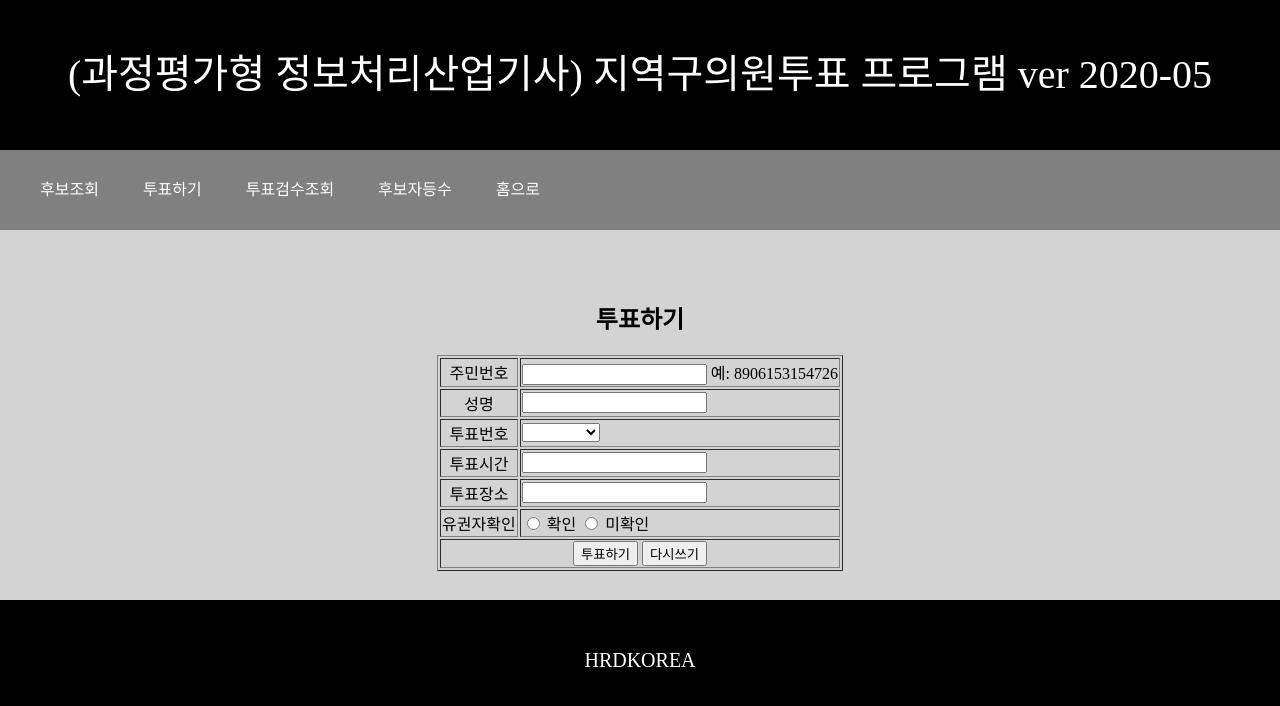
Repository: junhee97/-
Page: http://localhost/HRD_03/vote.jsp
An editor plug-in stored every save of this project. The page is shown before and after the next save, followed by the edit.
The browser window is 1280 px wide. The pictures show the whole page.
Empty fields were first filled with sample values (such as "Sample", 5 or name@example.com).
After loading, the first visible `input[onclick="res()"]` was clicked once.
The page is served by Tomcat 9.

Above is the page before, as saved 2025-08-14 13:03:05.

### HRD_03/WebContent/vote.jsp
<%@ page language="java" contentType="text/html; charset=UTF-8"
    pageEncoding="UTF-8"%>
<!DOCTYPE html PUBLIC "-//W3C//DTD HTML 4.01 Transitional//EN" "http://www.w3.org/TR/html4/loose.dtd">
<html>
<head>
<meta http-equiv="Content-Type" content="text/html; charset=UTF-8">
<title>Insert title here</title>
</head>
<body>

<jsp:include page="header.jsp"></jsp:include>

<section style="position: fixed; top: 230px; left: 0px; width: 100%; height: 100%; background-color: lightgray;">
<h2 style="text-align: center; padding-top: 50px;">투표하기</h2>

<form action="action.jsp" name = "frm" style = "display: flex; align-items: center; justify-content: center; ">
	<table border = "1">
		<tr>
			<td style = "text-align: center;">주민번호</td>
			<td>
				<input type = "text" name = "v_jumin"> 예: 8906153154726
			</td>
		</tr>
		<tr>
			<td style = "text-align: center;">성명</td>
			<td>
				<input type = "text" name = "v_name">
			</td>
		</tr>
		<tr>
			<td style = "text-align: center;">투표번호</td>
			<td>
				<select name = "m_no">
					<option></option>
					<option value = "1">[1] 김후보</option>
					<option value = "2">[2] 이후보</option>
					<option value = "3">[3] 박후보</option>
					<option value = "4">[4] 조후보</option>
					<option value = "5">[5] 최후보</option>
				</select>
			</td>
		</tr>
		<tr>
			<td style = "text-align: center;">투표시간</td>
			<td>
				<input type = "text" name = "v_time">
			</td>
		</tr>
		<tr>
			<td style = "text-align: center;">투표장소</td>
			<td>
				<input type = "text" name = "v_area">
			</td>
		</tr>
		<tr>
			<td style = "text-align: center;">유권자확인</td>
			<td>
				<input type = "radio" name = "v_confirm"> 확인
				<input type = "radio" name = "v_confirm"> 미확인
			</td>
		</tr>
		<tr>
			<td colspan="2" style = "text-align: center;">
				<input type = "button" value = "투표하기" onclick="add()">
				<input type = "button" value = "다시쓰기" onclick="res()">
			</td>
		</tr>
	</table>
</form>

</section>

<jsp:include page="footer.jsp"></jsp:include>

<script>
	function add() {
		if(frm.v_jumin.value == 0) {
			alert('주민번호가 입력되지 않았습니다!');
			frm.v_jumin.focus();
			return false;
		}
		else if(frm.v_name.value == 0){
			alert('성명이 입력되지 않았습니다!');
			frm.v_name.focus();
			return false;
		}
		else if(frm.m_no.value == 0){
			alert('후보번호가 선택되지 않았습니다!');
			frm.m_no.focus();
			return false;
		}
		else if(frm.v_time.value == 0){
			alert('투표시간이 입력되지 않았습니다!');
			frm.v_time.focus();
			return false;
		}
		else if(frm.v_area.value == 0){
			alert('투표장소가 입력되지 않았습니다!');
			frm.v_area.focus();
			return false;
		}
		else if(frm.v_confirm.value == 0){
			alert('유권자확인이 선택되지 않았습니다!');
			frm.v_confirm.focus();
			return false;
		}
		else {
			alert('투표하기 정보가 정상적으로 등록 되었습니다!');
			document.frm.submit();
			return true;
		}
	}

	function res () {
		document.frm.reset();
	}
</script>

</body>
</html>

### HRD_03/WebContent/header.jsp
<%@ page language="java" contentType="text/html; charset=UTF-8"
    pageEncoding="UTF-8"%>
<!DOCTYPE html PUBLIC "-//W3C//DTD HTML 4.01 Transitional//EN" "http://www.w3.org/TR/html4/loose.dtd">
<html>
<head>
<meta http-equiv="Content-Type" content="text/html; charset=UTF-8">
<title>Insert title here</title>

<style>
	a{
		text-decoration: none;
		color: white;
	}
</style>

</head>
<body>

	<header style="position:fixed; top:0px; left:0px; width:100%; height: 150px; line-height: 150px; background-color: black; color: white; text-align: center; font-size: 40px;">
		(과정평가형 정보처리산업기사) 지역구의원투표 프로그램 ver 2020-05
	</header>

	<nav style="position: fixed; top: 150px; left: 0px; width: 100%; height: 80px; line-height: 80px; background-color: gray; padding-left: 40px;">
		<a href="m_list.jsp">후보조회</a> &nbsp; &nbsp; &nbsp; &nbsp; &nbsp;
		<a href="vote.jsp">투표하기</a> &nbsp; &nbsp; &nbsp; &nbsp; &nbsp;
		<a href="v_list.jsp">투표검수조회</a> &nbsp; &nbsp; &nbsp; &nbsp; &nbsp;
		<a href="rank.jsp">후보자등수</a> &nbsp; &nbsp; &nbsp; &nbsp; &nbsp;
		<a href="index.jsp">홈으로</a>
	</nav>

</body>
</html>

### HRD_03/WebContent/footer.jsp
<%@ page language="java" contentType="text/html; charset=UTF-8"
    pageEncoding="UTF-8"%>
<!DOCTYPE html PUBLIC "-//W3C//DTD HTML 4.01 Transitional//EN" "http://www.w3.org/TR/html4/loose.dtd">
<html>
<head>
<meta http-equiv="Content-Type" content="text/html; charset=UTF-8">
<title>Insert title here</title>
</head>
<body>

	<footer style="position: fixed; bottom: 0px; left: 0px; width: 100%; height: 120px; line-height: 120px; text-align: center; background-color: black; color: white; font-size: 20px;">
		HRDKOREA
	</footer>

</body>
</html>

After the next save:
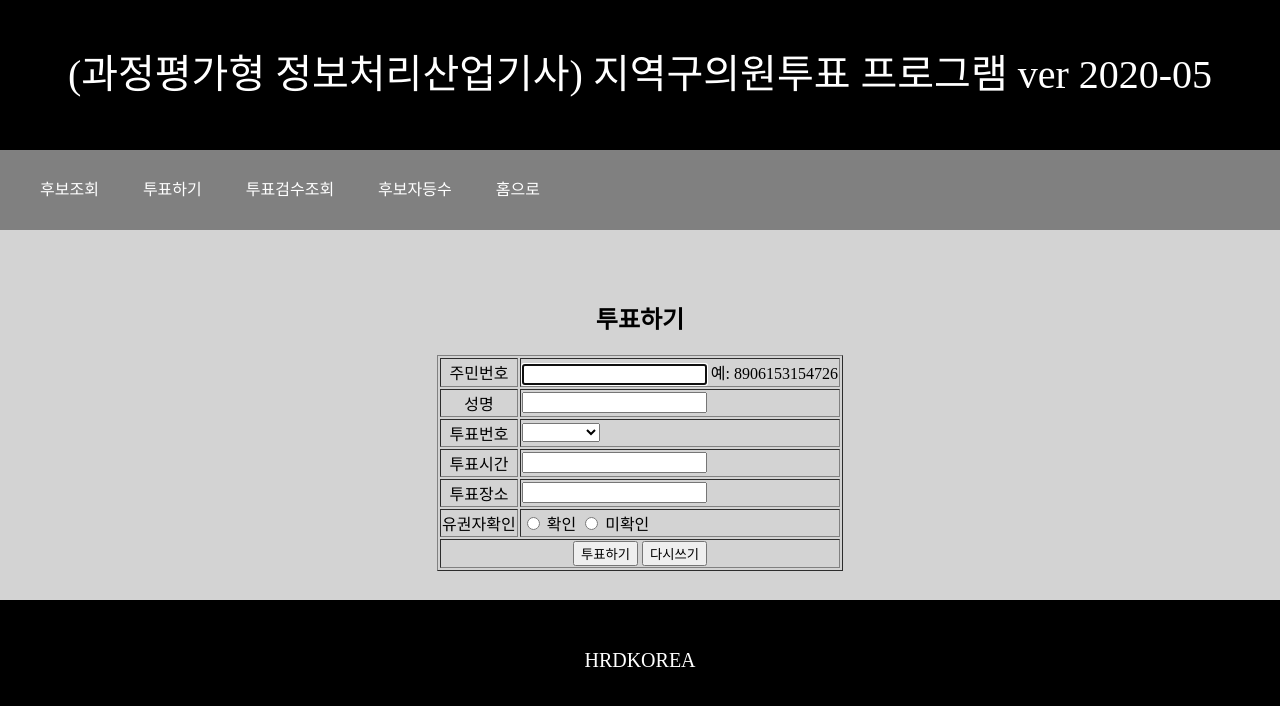
Saved 54 s later.
--- a/HRD_03/WebContent/vote.jsp
+++ b/HRD_03/WebContent/vote.jsp
@@ -112,6 +112,8 @@
 	}
 
 	function res () {
+		alert('정보를 지우고 처음부터 다시 입력합니다!')
+		frm.v_jumin.focus();
 		document.frm.reset();
 	}
 </script>
